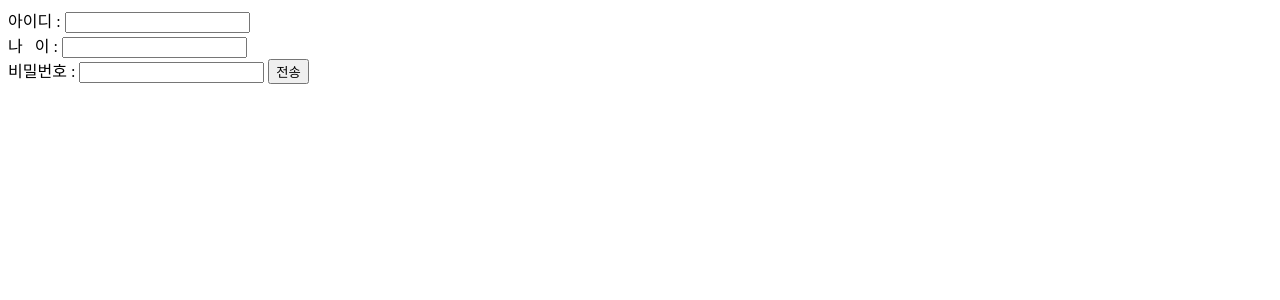
Repository: yjeongyjeong/jsp
Page: http://localhost/web-study-02/05_param.jsp
The author's editor kept a copy of each file at every save. The page is drawn from the files as they stood at one save, then again after the next save.
The browser window is 1280 px wide. The pictures show the whole page.
The page is served by Tomcat 9.

Above is the page before, as saved 2023-10-10 07:23:55.

After the next save:
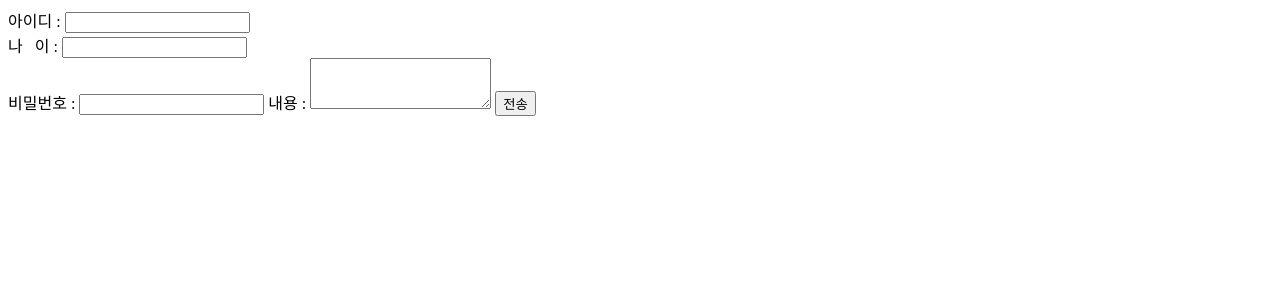
Saved 69 s later.
--- a/web-study-02/src/main/webapp/05_param.jsp
+++ b/web-study-02/src/main/webapp/05_param.jsp
@@ -16,6 +16,7 @@
 
 		나&nbsp;&nbsp;&nbsp;이 : <input type="text" name=age><br>
 		비밀번호 : <input type="password" name=password>
+		내용 : <textarea rows="3" cols="20"></textarea>
 		<input type="submit" value="전송" onclick = "return check()">
 	<!-- 전송버튼 클릭하면 check 함수가 실행되며 전송이 막힘 -->
 	</form>
